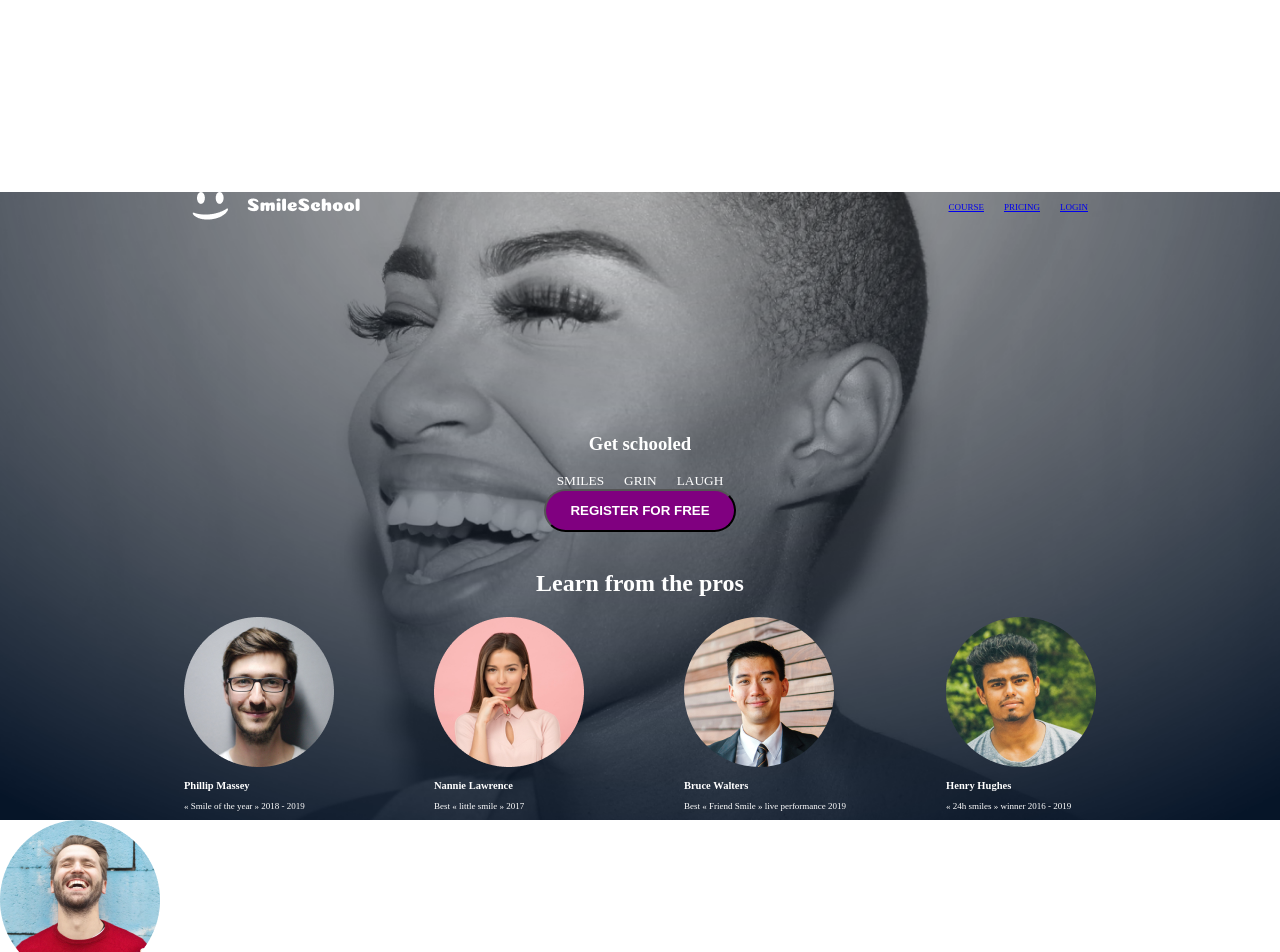
Repository: mwihakiann/alx_html_css
Page: css_advanced/index.html
These files come from the project's save history. The page is drawn as it stood at one moment and after the next save; the edit follows.
The browser window is 1280 px wide. The pictures show the part of the page from y = 0 to 952 px (the page is 3670 px tall before and 3674 px after).
A picture or video elsewhere on the page could not be fetched, so the positions and the page height are approximate. Some web libraries are served in a nearby version.

Above is the page before, as saved 2025-09-28 18:40:21.

After the next save:
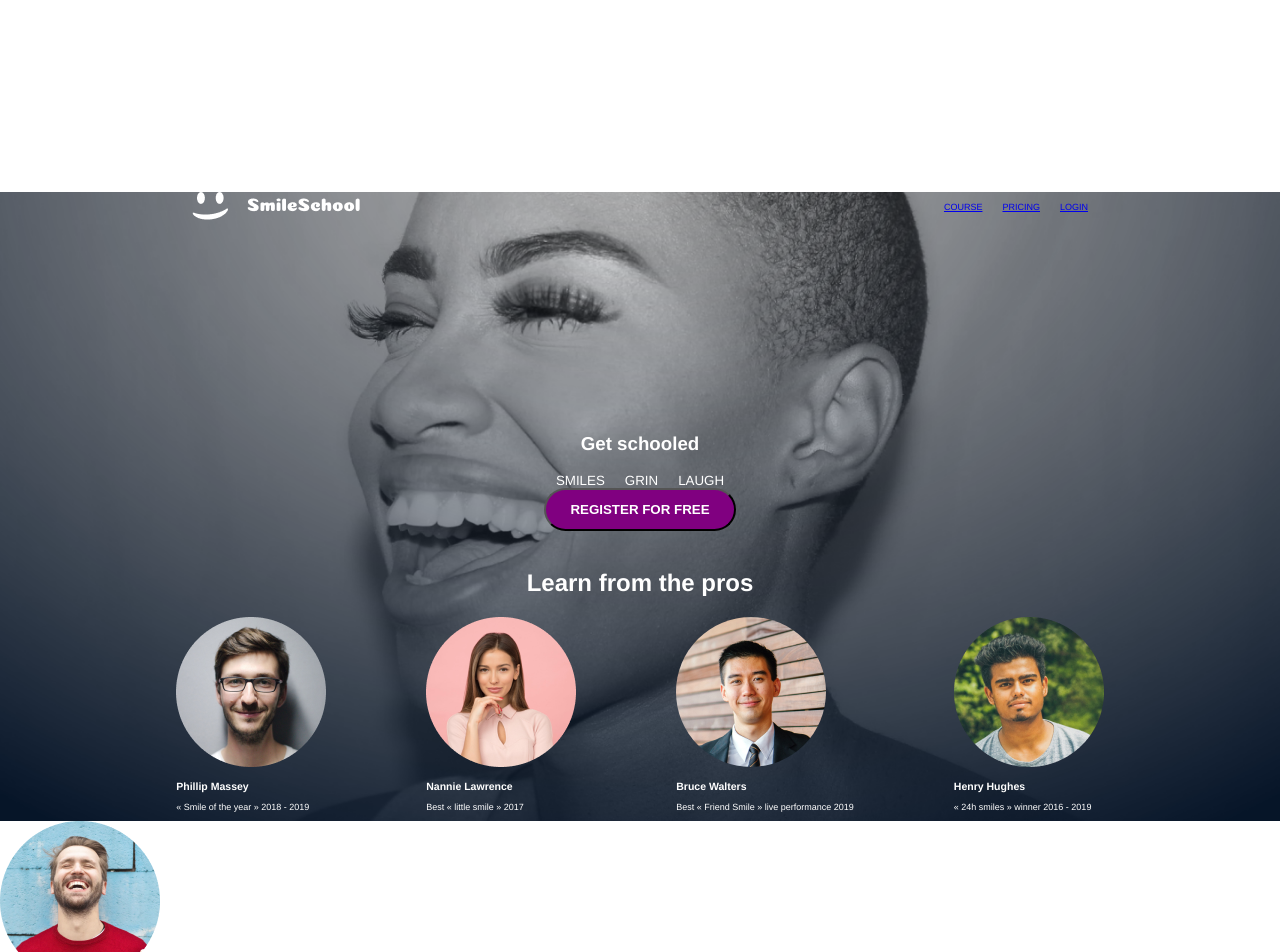
Saved 17 s later.
--- a/css_advanced/styles.css
+++ b/css_advanced/styles.css
@@ -2,7 +2,7 @@ body{
     color: white;
     margin: 0;
     padding: 0;
-    font-family: ;
+    font-family: 'Franklin Gothic Medium', 'Arial Narrow', Arial, sans-serif;
 }
 nav ul{
     display: flex;
